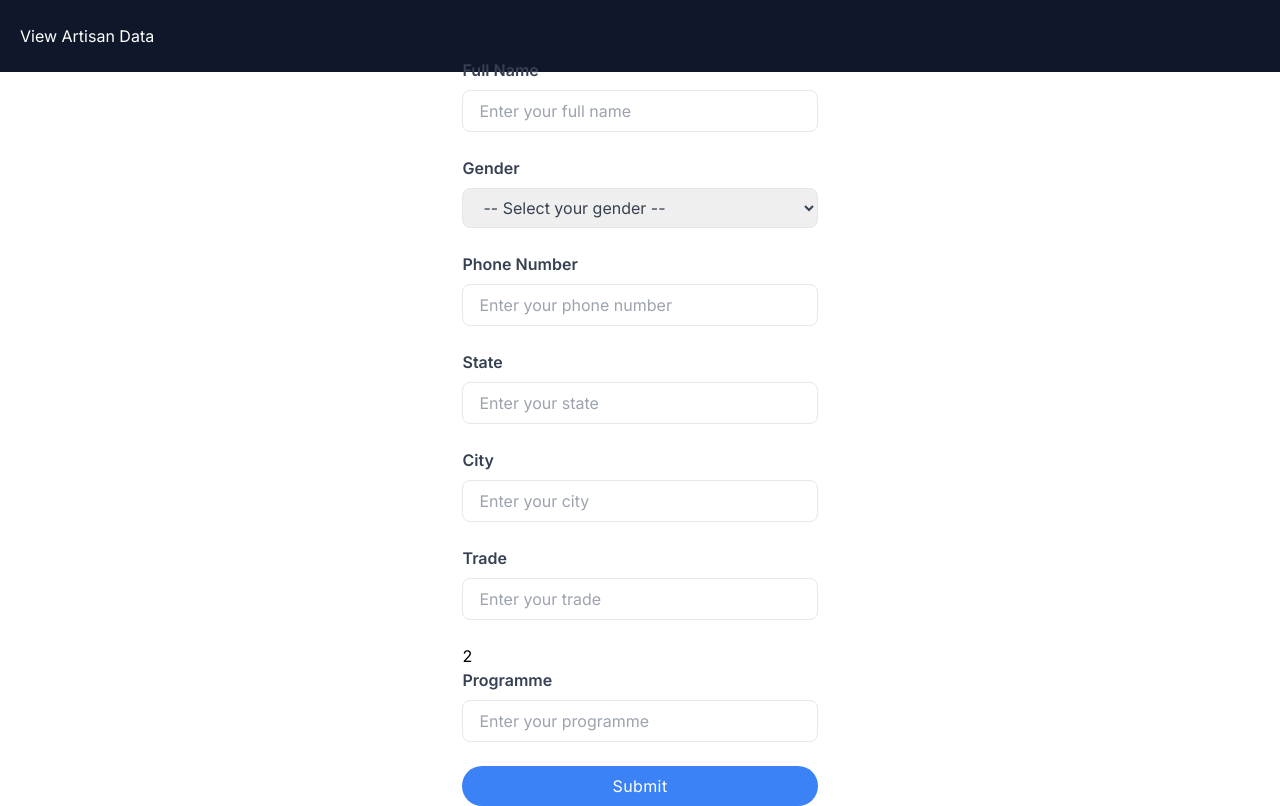
Repository: marcusdashe/artisanindex_frontend
Page: /components/CreateArtisan
These files come from the project's save history. The page is drawn as it stood at one moment and after the next save; the edit follows.
The browser window is 1280 px wide. The pictures show the whole page.
The page's requests for data from a server got no answer. The project was rebuilt for these pictures with package versions that can differ from the ones it lists, and the page was loaded fresh each time. The framework's server and built-in components were replaced by stand-ins that run in the browser. No one was signed in, and anything a server would have sent is missing. Also part of the build but not shown: next.config.js.

Above is the page before, as saved 2023-03-09 10:52:55.

After the next save:
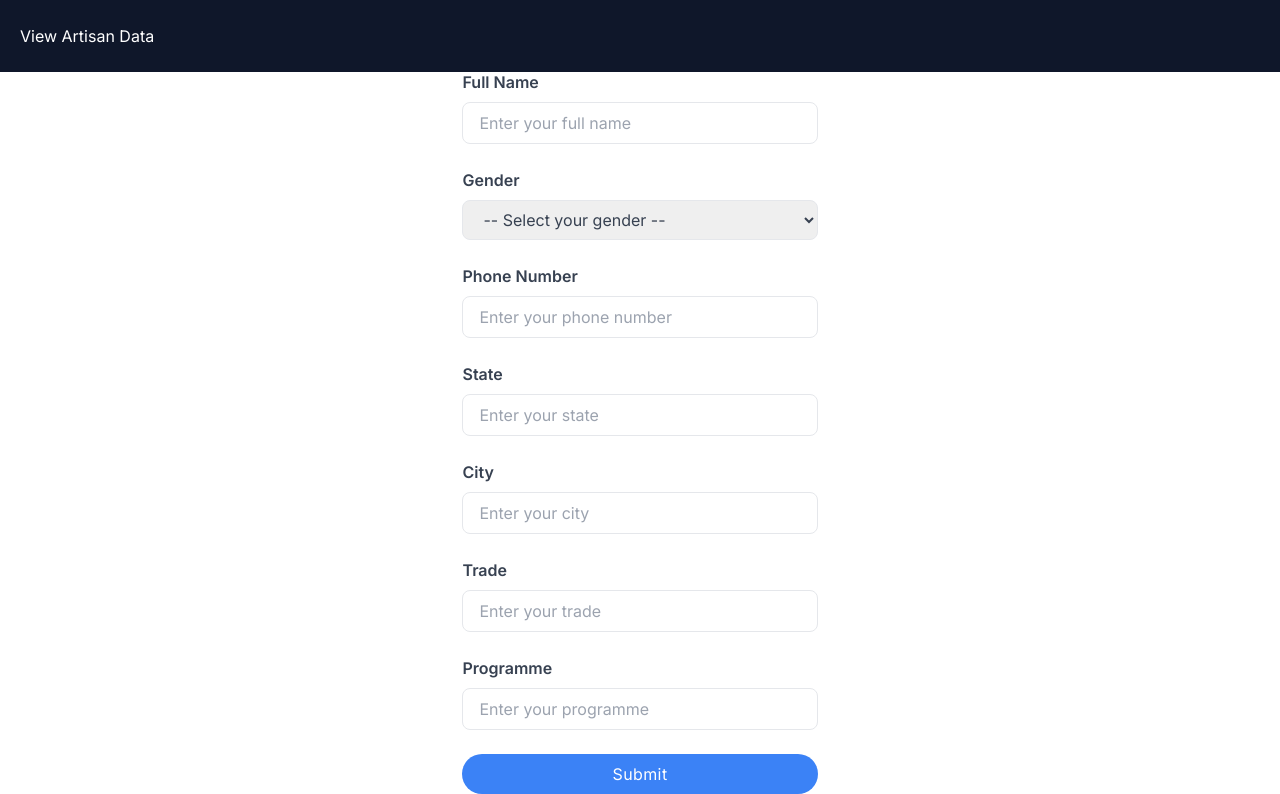
Saved 27 s later.
--- a/pages/components/CreateArtisan.js
+++ b/pages/components/CreateArtisan.js
@@ -244,7 +244,7 @@ function ViewArtisanDataScreen() {
             className="w-full mt-2 mb-6 px-4 py-2 border rounded-lg text-gray-700 focus:outline-none focus:border-blue-500 focus:shadow-outline-blue"
             required
           />
-          2
+
           <label htmlFor="programme" className="block text-gray-700 font-bold">
             Programme
           </label>
